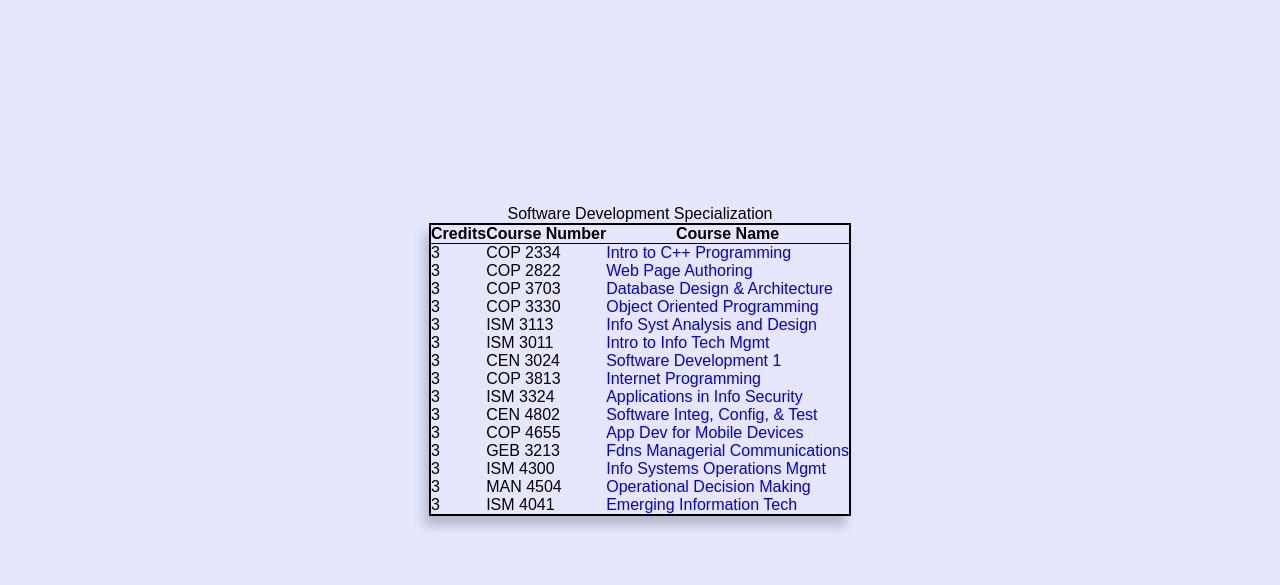
Repository: mlmEFSC21/P3-DegreeSpecializationTable
Page: index.html
These files come from the project's save history. The page is drawn as it stood at one moment and after the next save; the edit follows.
The browser window is 1280 px wide. The pictures show the whole page.
Some web fonts or font styles are not loaded; a fallback is used.

Above is the page before, as saved 2022-02-01 21:12:55.

After the next save:
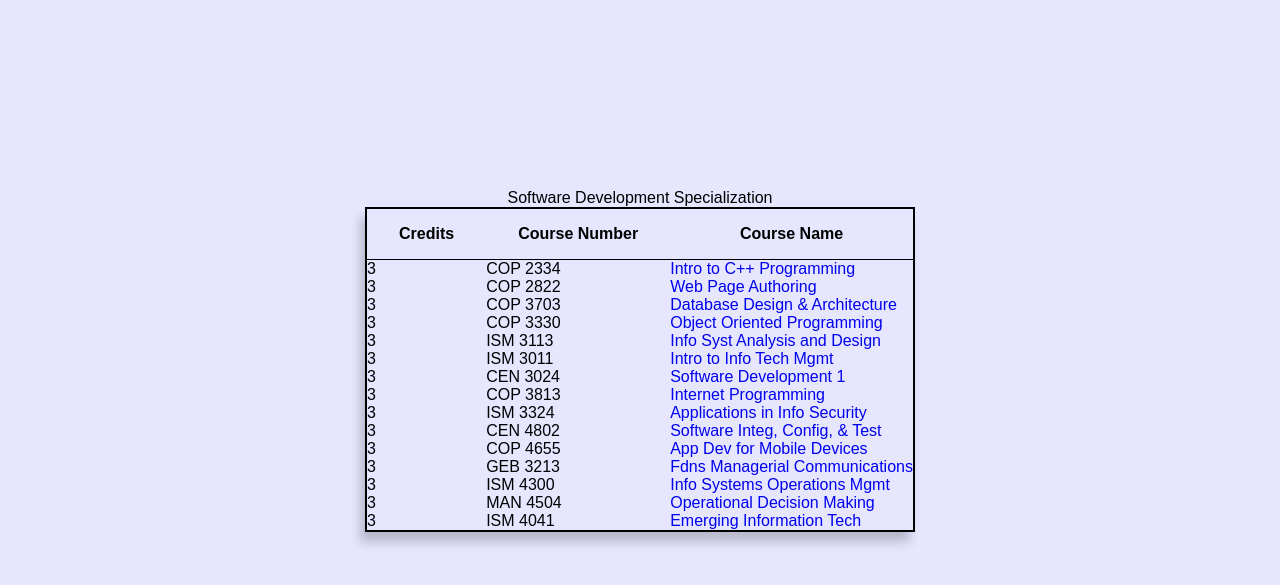
Saved 16 s later.
--- a/tableStyles.css
+++ b/tableStyles.css
@@ -32,6 +32,9 @@ table {
 thead {
     border-bottom: 1px solid black;
 }
+th {
+    padding: 1rem 2rem;
+}
 a {
     text-decoration: none;
 }
